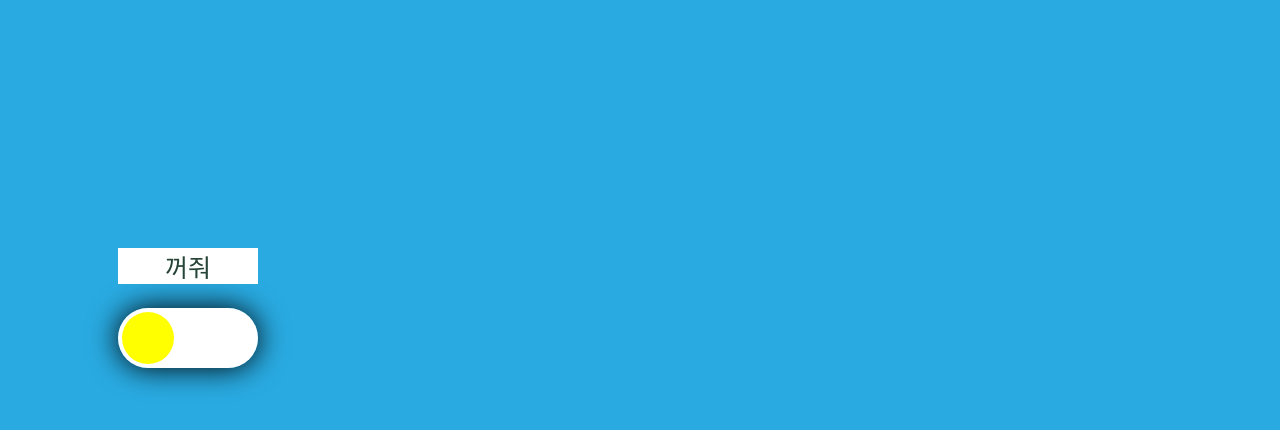
Repository: bulzzom/BULZZOM-web
Page: bulzzom.html
The author's editor kept a record of every edit. The page is drawn from the files as they stood at one moment, then again after the next edit.
The browser window is 1280 px wide. The pictures show the whole page.

Above is the page before.

After the next edit:
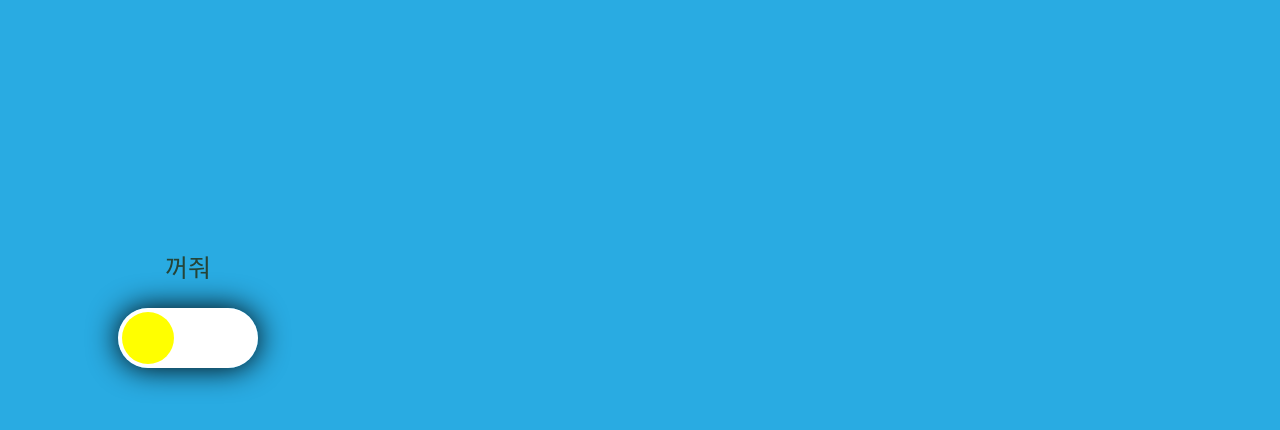
The edit:
--- a/bulzzom.css
+++ b/bulzzom.css
@@ -108,7 +108,6 @@
 /* Rounded sliders */
 .slider:after
 {
-    background-color:#ffffff;
     content:'꺼줘';
     display: block;
     position: absolute;
